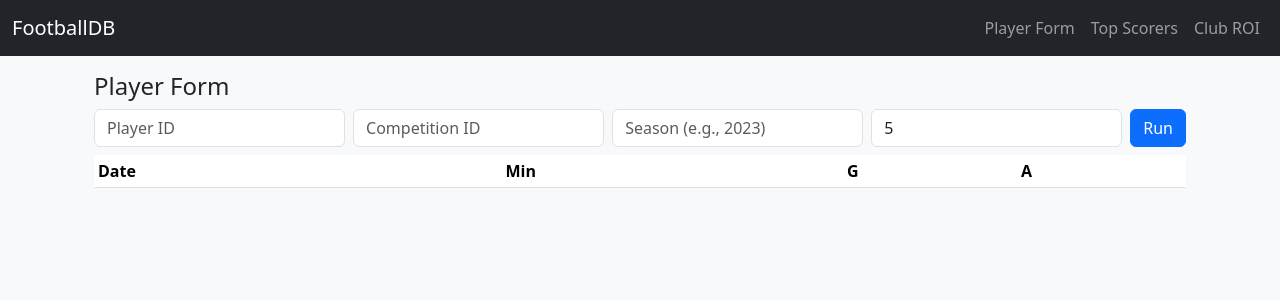
Repository: daniqusy/FootballDB
Page: http://localhost/player/form?player_id=${r.player_id}
These files come from the project's save history. The page is drawn as it stood at one moment and after the next save; the edit follows.
The browser window is 1280 px wide. The pictures show the whole page.
The page is served by the project's application, run on Flask 3 (app.py).

Above is the page before, as saved 2025-11-02 14:28:34.

After the next save:
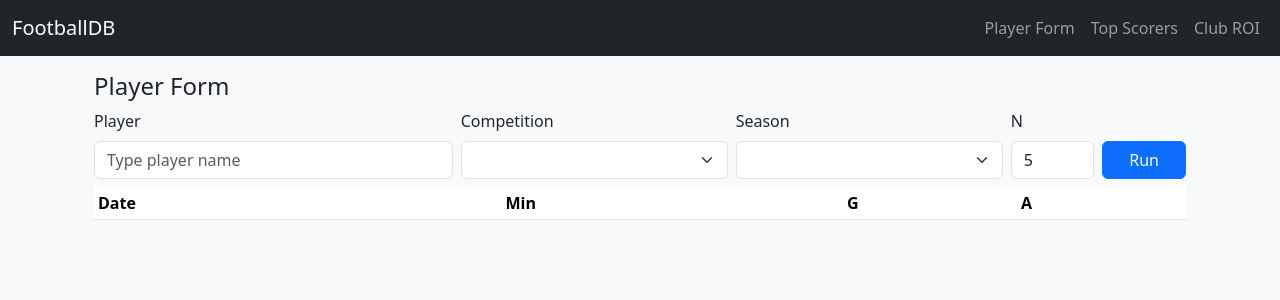
Saved 7 min 57 s later.
--- a/templates/player_form.html
+++ b/templates/player_form.html
@@ -2,18 +2,38 @@
 {% block body %}
 <div class="container">
   <h1 class="h4">Player Form</h1>
-  <form id="pf" class="row g-2">
-    <div class="col"><input class="form-control" name="player_id" placeholder="Player ID" required></div>
-    <div class="col"><input class="form-control" name="competition_id" placeholder="Competition ID" required></div>
-    <div class="col"><input class="form-control" name="season" placeholder="Season (e.g., 2023)" required></div>
-    <div class="col"><input class="form-control" name="n" type="number" min="1" max="20" value="5"></div>
-    <div class="col-auto"><button class="btn btn-primary">Run</button></div>
-  </form>
-  <div id="pf-meta" class="mt-2 text-muted"></div>
-  <table class="table table-sm mt-2">
-    <thead><tr><th>Date</th><th>Min</th><th>G</th><th>A</th></tr></thead>
-    <tbody id="pf-tbody"></tbody>
-  </table>
+  <form id="pf" class="row g-2 align-items-end">
+  <div class="col-12 col-md-4 position-relative">
+    <label class="form-label">Player</label>
+    <input class="form-control" id="player-name" placeholder="Type player name">
+    <input type="hidden" id="player-id">
+    <div id="player-suggest" class="list-group position-absolute w-100" style="z-index:1000;"></div>
+  </div>
+
+  <div class="col-12 col-md-3">
+    <label class="form-label">Competition</label>
+    <select class="form-select" id="competition"></select>
+  </div>
+
+  <div class="col-12 col-md-3">
+    <label class="form-label">Season</label>
+    <select class="form-select" id="season"></select>
+  </div>
+
+  <div class="col-6 col-md-1">
+    <label class="form-label">N</label>
+    <input class="form-control" id="n" type="number" min="1" max="20" value="5">
+  </div>
+
+  <div class="col-6 col-md-1">
+    <button class="btn btn-primary w-100" id="run-btn">Run</button>
+  </div>
+</form>
+<small id="pf-meta" class="text-muted d-block mt-2"></small>
+<table class="table table-sm mt-2">
+  <thead><tr><th>Date</th><th>Min</th><th>G</th><th>A</th></tr></thead>
+  <tbody id="pf-tbody"></tbody>
+</table>
 </div>
 <script>
 document.getElementById('pf').addEventListener('submit', async (e)=>{
